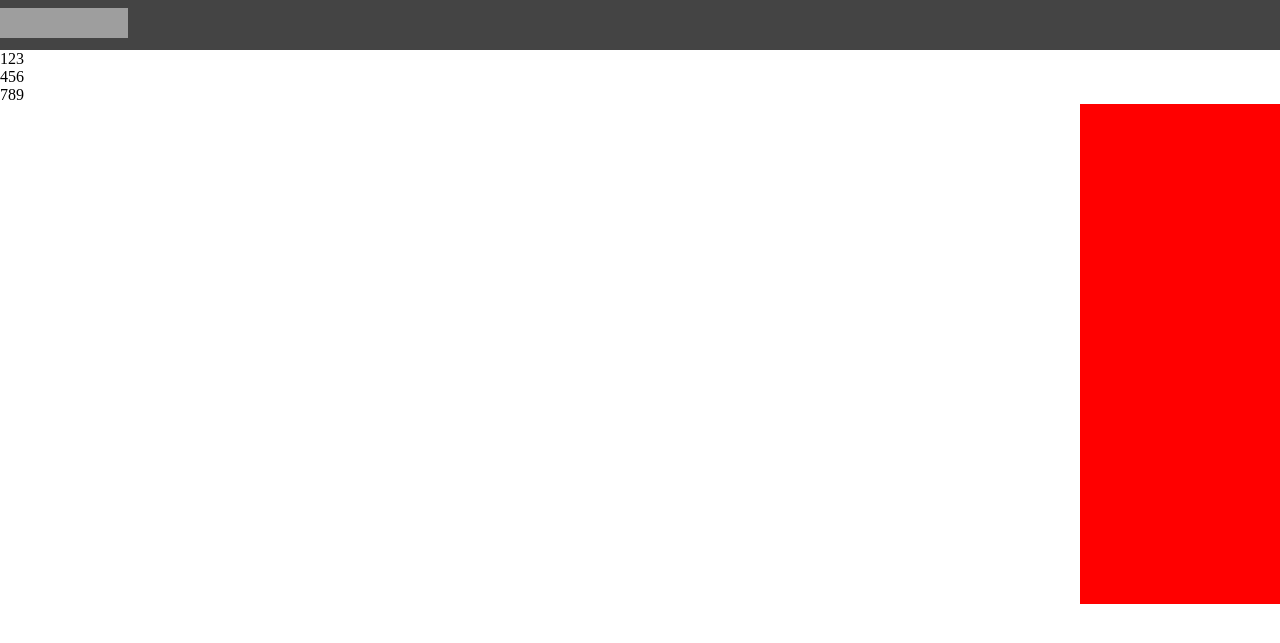
Repository: jinggegeZ/cnode
Page: /
The author's editor kept a copy of each file at every save. The page is drawn from the files as they stood at one save, then again after the next save.
The browser window is 1280 px wide. The pictures show the whole page.
Pictures or frames that could not be fetched are drawn as grey boxes. The project was rebuilt for these pictures with package versions that can differ from the ones it lists, and the page was loaded fresh each time.

Above is the page before, as saved 2020-06-04 19:06:57.

After the next save:
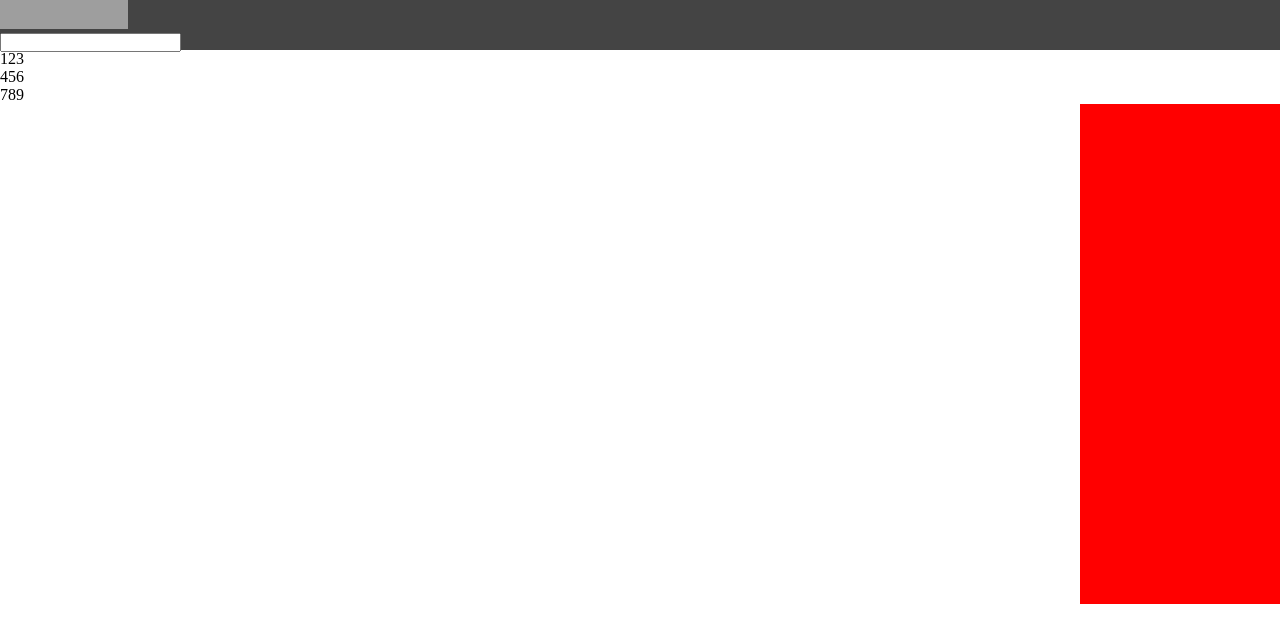
Saved 29 s later.
--- a/src/components/top/top.vue
+++ b/src/components/top/top.vue
@@ -4,6 +4,7 @@
     <div class="box">
         <div>
             <div><img src="//static2.cnodejs.org/public/images/cnodejs_light.svg" alt="" width="128px" height="30px"></div>
+            <input type="text">
         </div>
         <div></div>
     </div>
